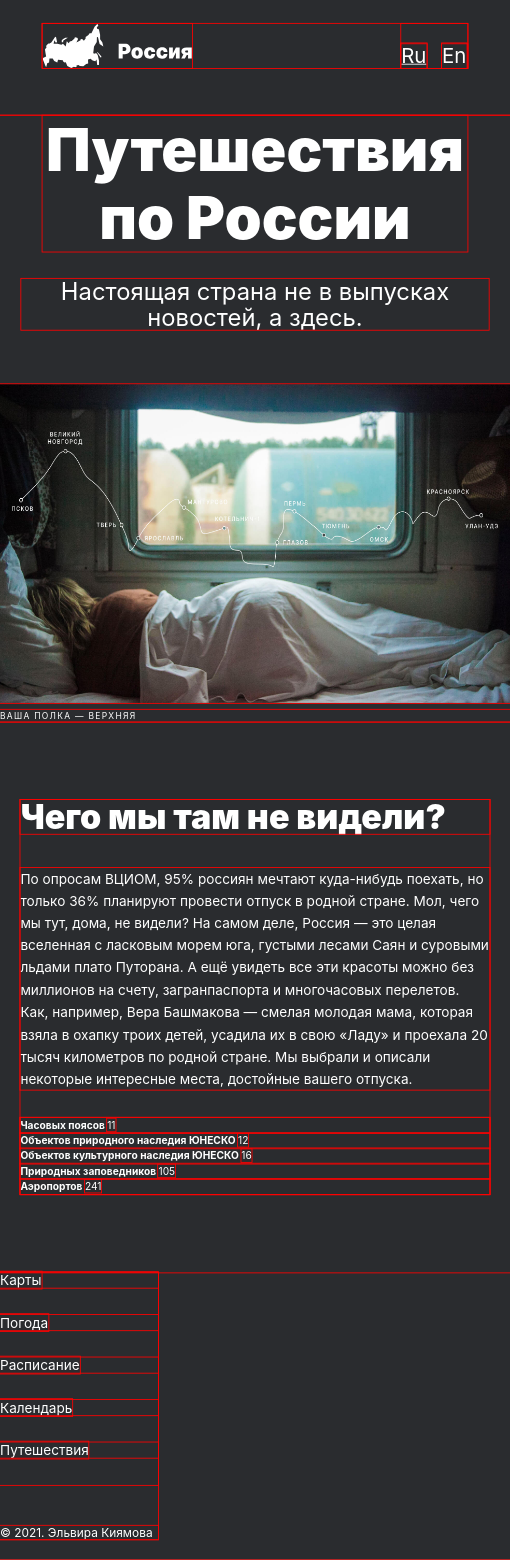
Repository: 89373611988/russia-travel
Page: index.html
These files come from the project's save history. The page is drawn as it stood at one moment and after a run of saves; the edit follows.
The browser window is 600 px wide. The pictures show the whole page, at 85% of full size.
Some web fonts or font styles are not loaded; a fallback is used.

Above is the page before, as saved 2021-12-18 20:03:00.

### index.html
<!DOCTYPE html>
<html lang="ru">
  <head>
    <meta charset="UTF-8" />
    <meta name="viewport" content="width=device-width, initial-scale=1">
    <title>Путешествия по России</title>
    <link rel="stylesheet" href="pages/index.css" />
  </head>
  <body>
    <div class="page">
      <header class="header page__header">
        <img src="./images/header-logo.svg" alt="" class="header__logo">
        <ul class="header__list">
          <li class="header__item">
            <a href="#" target="_blank" class="header__lang-link">Ru</a>
          </li>
          <li class="header__item">
            <a href="#" target="_blank" class="header__lang-link">En</a>
          </li>
        </ul>
      </header>
      <main class="content">
        <section class="lead ">
          <h1 class="lead__title">Путешествия по России</h1>
          <p class="lead__subtitle">Настоящая страна не в выпусках новостей, а здесь.</p>
          <img src="./images/lead-polka.jpg" alt="Отдых в вагоне" class="lead__image">
          <p class="lead__caption">ваша полка — верхняя</p>
        </section>

        <section class="intro page__intro">
          <h2 class="intro__title">Чего мы там не видели?</h2>
          <p class="intro__text">По опросам ВЦИОМ, 95% россиян мечтают куда-нибудь поехать, но только 36% планируют провести отпуск в родной стране. Мол, чего мы тут, дома, не видели? На самом деле, Россия — это целая вселенная с ласковым морем юга, густыми лесами Саян и суровыми льдами плато Путорана. А ещё увидеть все эти красоты можно без миллионов на счету, загранпаспорта и многочасовых перелетов. Как, например, Вера Башмакова — смелая молодая мама, которая взяла в охапку троих детей, усадила их в свою «Ладу» и проехала 20 тысяч километров по родной стране. Мы выбрали и описали некоторые интересные места, достойные вашего отпуска.</p>
          <ul class="intro__list">
            <li class="intro__item">Часовых поясов
              <span class="intro__number">11</span>
            </li>
            <li class="intro__item">Объектов природного наследия ЮНЕСКО
              <span class="intro__number">12</span>
            </li>
            <li class="intro__item">Объектов культурного наследия ЮНЕСКО
              <span class="intro__number">16</span>
            </li>
            <li class="intro__item">Природных заповедников
              <span class="intro__number">105</span>
            </li>
            <li class="intro__item">Аэропортов
              <span class="intro__number">241</span>
            </li>
          </ul>
        </section>
      </main>

      <footer class="footer">
        <ul class="footer__list">
          <li class="footer__item">
            <a href="https://yandex.ru/maps" class="footer__link">Карты</a>
          </li>
          <li class="footer__item">
            <a href="https://yandex.ru/pogoda" class="footer__link">Погода</a>
          </li>
          <li class="footer__item">
            <a href="https://rasp.yandex.ru" class="footer__link">Расписание</a>
          </li>
          <li class="footer__item">
            <a href="https://calendar.yandex.ru" class="footer__link">Календарь</a>
          </li>
          <li class="footer__item">
            <a href="https://travel.yandex.ru" class="footer__link">Путешествия</a>
          </li>
        </ul>
        <p class="footer__copyright">&copy; 2021. Эльвира Киямова</p>
      </footer>

    </div>
  </body>
</html>

### pages/index.css
@import url("../styles/normalize.css");

@import url("../blocks/page/page.css");
@import url("../blocks/page/__header/page__header.css");
@import url("../blocks/page/__intro/page__intro.css");

@import url("../blocks/header/header.css");
@import url("../blocks/header/__logo/header__logo.css");
@import url("../blocks/header/__list/header__list.css");
@import url("../blocks/header/__item/header__item.css");
@import url("../blocks/header/__lang-link/header__lang-link.css");

@import url("../blocks/content/content.css");

@import url("../blocks/lead/lead.css");
@import url("../blocks/lead/__title/lead__title.css");
@import url("../blocks/lead/__subtitle/lead__subtitle.css");
@import url("../blocks/lead/__image/lead__image.css");
@import url("../blocks/lead/__caption/lead__caption.css");

@import url("../blocks/intro/intro.css");
@import url("../blocks/intro/__title/intro__title.css");
@import url("../blocks/intro/__text/intro__text.css");
@import url("../blocks/intro/__list/intro__list.css");
@import url("../blocks/intro/__item/intro__item.css");
@import url("../blocks/intro/__number/intro__number.css");

@import url("../blocks/footer/footer.css");
@import url("../blocks/footer/__list/footer__list.css");
@import url("../blocks/footer/__item/footer__item.css");
@import url("../blocks/footer/__link/footer__link.css");
@import url("../blocks/footer/__copyight/footer__copyight.css");

@import url("../fonts/Inter\ Web");

### blocks/page/page.css
* {
  outline-width: 1px;
  outline-style: solid;
  outline-color: red;
}

.page {
  color: #ffffff;
  background-color: #2a2c2f;
  font-family: "Inter";
  font-style: normal;
  padding: 28px 0 24px;
  -moz-osx-font-smoothing: grayscale;
  -webkit-font-smoothing: antialiased;
  -webkit-text-size-adjust: 100%;
  -ms-text-size-adjust: 100%;
  -moz-text-size-adjust: 100%;
  text-rendering: optimizeLegibility;
  display: flex;
  flex-direction: column;
  align-items: center;
}

### blocks/page/__header/page__header.css
.page__header {
  margin-bottom: 56px;
}

### blocks/page/__intro/page__intro.css
.page__intro {
  margin: 92px 0;
}

### blocks/header/header.css
.header {
  display: flex;
  flex-direction: row;
  justify-content: space-between;
  width: 1184px;
}

@media (max-width: 1200px) {
  .header {
    width: 928px;
  }
}

@media (max-width: 940px) {
  .header {
    width: 720px;
  }
}

@media (max-width: 768px) {
  .header {
    width: 720px;
  }
}

@media (max-width: 730px) {
  .header {
    width: 600px;
  }
}

@media (max-width: 640px) {
  .header {
    width: 500px;
  }
}

@media (max-width: 540px) {
  .header {
    width: 400px;
  }
}

@media (max-width: 440px) {
  .header {
    width: 300px;
  }
}

@media (max-width: 320px) {
  .header {
    width: 288px;
  }
}

### blocks/header/__logo/header__logo.css
.header__logo {
  width: 176px;
  height: 52px;
}

@media (max-width: 500px) {
  .header__logo {
    width: 142px;
    height: 42px;
  }
}

### blocks/header/__list/header__list.css
.header__list {
  display: flex;
  flex-direction: row;
  align-items: flex-end;
  padding: 0;
  margin: 0;
}

### blocks/header/__item/header__item.css
.header__item {
  list-style-type: none;
  width: 30px;
  height: 28px;
}

.header__item:first-child {
  margin-right: 18px;
  text-decoration: underline;
}

### blocks/header/__lang-link/header__lang-link.css
.header__lang-link {
  font-size: 24px;
  line-height: 28px;
  color: #fff;
  text-decoration: none;
}

@media (max-width: 500px) {
  .header__lang-link {
    font-size: 18px;
    line-height: 20px;
  }
}

### blocks/content/content.css


.content {

}

### blocks/lead/lead.css
.lead {
  display: flex;
  flex-direction: column;
}

### blocks/lead/__title/lead__title.css
.lead__title {
  font-weight: 900;
  font-size: 96px;
  line-height: 100px;
  max-width: 720px;
  text-align: center;
  align-self: center;
  margin: 0;
}

@media (max-width: 768px) {
  .lead__title {
    font-size: 70px;
    line-height: 80px;
    max-width: 500px;
  }
}

@media (max-width: 520px) {
  .lead__title {
    font-size: 50px;
    line-height: 70px;
    max-width: 400px;
  }
}

@media (max-width: 440px) {
  .lead__title {
    font-size: 45px;
    line-height: 50px;
    max-width: 330px;
  }
}

@media (max-width: 320px) {
  .lead__title {
    font-size: 40px;
    line-height: 44px;
    max-width: 288px;
  }
}

### blocks/lead/__subtitle/lead__subtitle.css
.lead__subtitle {
  font-size: 30px;
  line-height: 36px;
  align-self: center;
  margin: 32px 0 64px;
  max-width: 640px;
  text-align: center;
}

@media (max-width: 680px) {
  .lead__subtitle {
    font-size: 28px;
    line-height: 30px;
    max-width: 550px;
  }
}

@media (max-width: 575px) {
  .lead__subtitle {
    font-size: 25px;
    line-height: 30px;
    max-width: 400px;
  }
}

@media (max-width: 430px) {
  .lead__subtitle {
    font-size: 18px;
    line-height: 25px;
    max-width: 300px;
  }
}

@media (max-width: 320px) {
  .lead__subtitle {
    font-size: 16px;
    line-height: 20px;
    max-width: 288px;
  }
}

### blocks/lead/__image/lead__image.css
.lead__image {
  max-width: 984px;
  max-height: 615px;
  margin: 0 auto;
}

@media (max-width: 1024px) {
  .lead__image {
    max-width: 100%;
  }
}

### blocks/lead/__caption/lead__caption.css
.lead__caption {
  font-size: 10px;
  line-height: 14px;
  letter-spacing: 1.5px;
  margin: 8px 0 0;
  text-transform: uppercase;
  text-align: left;
}

### blocks/intro/intro.css
.intro {
  max-width: 690px;
}

@media (max-width: 1024px) {
  .intro {
    margin-left: 48px;
  }
}

@media (max-width: 768px) {
  .intro {
    max-width: 720px;
    margin-left: 24px;
    margin-right: 24px;
  }
}

@media (max-width: 320px) {
  .intro {
    max-width: 288px;
    margin-left: 16px;
    margin-right: 16px;
  }
}

### blocks/intro/__title/intro__title.css
.intro__title {
  margin: 0;
  font-weight: 900;
  font-size: 54px;
  line-height: 58px;
}

@media (max-width: 768px) {
  .intro__title {
    font-size: 40px;
    line-height: 40px;
  }
}

@media (max-width: 400px) {
  .intro__title {
    font-size: 32px;
    line-height: 35px;
  }
}

### blocks/intro/__text/intro__text.css
.intro__text {
  font-size: 16px;
  line-height: 163%;
  margin: 40px 0 33px;
}

### blocks/intro/__list/intro__list.css
.intro__list {
  margin: 0;
  padding: 0;
  font-weight: bold;
  font-size: 12px;
  line-height: 18px;
}

### blocks/intro/__item/intro__item.css
.intro__item {
  list-style-type: none;
}

### blocks/intro/__number/intro__number.css
.intro__number {
  font-weight: normal;
}

### blocks/footer/footer.css
.footer {
  width: 1184px;
  display: flex;
  flex-direction: row;
  justify-content: space-between;
}

@media (max-width: 1220px) {
  .footer {
    width: 1000px;
  }
}

@media (max-width: 1024px) {
  .footer {
    width: 928px;
  }
}

@media (max-width: 960px) {
  .footer {
    width: 800px;
  }
}

@media (max-width: 960px) {
  .footer {
    width: 800px;
  }
}

@media (max-width: 840px) {
  .footer {
    width: 750px;
  }
}

@media (max-width: 768px) {
  .footer {
    width: 720px;
  }
}

@media (max-width: 750px) {
  .footer {
    width: 186px;
    flex-direction: column;
    align-self: flex-start;
    marg
  }
}

### blocks/footer/__list/footer__list.css
.footer__list {
  display: flex;
  flex-direction: row;
  padding: 0;
  margin: 0;
  font-size: 16px;
  line-height: 18px;
}

@media (max-width: 750px) {
  .footer__list {
    flex-direction: column;
    margin-bottom: 48px;
  }
}

@media (max-width: 320px) {
  .footer__list {
    font-size: 24px;
    line-height: 24px;
  }
}

### blocks/footer/__item/footer__item.css
.footer__item {
  list-style-type: none;
  margin-right: 18px;
}

@media (max-width: 750px) {
  .footer__item {
    width: 186px;
    margin-bottom: 32px;
  }
}

### blocks/footer/__link/footer__link.css
.footer__link {
  color: #fff;
  text-decoration: none;
}

.footer__link:hover {
  opacity: 0.7;
  cursor: pointer;
  transition: opacity 0.5s ease;
}

### blocks/footer/__copyight/footer__copyight.css
.footer__copyright {
  margin: 0;
  font-size: 14px;
  line-height: 16px;
}

@media (max-width: 320px) {
  .footer__copyright {
    line-height: 14px;
  }
}

Loaded but not shown: styles/normalize.css (library)

After the next 4 saves:
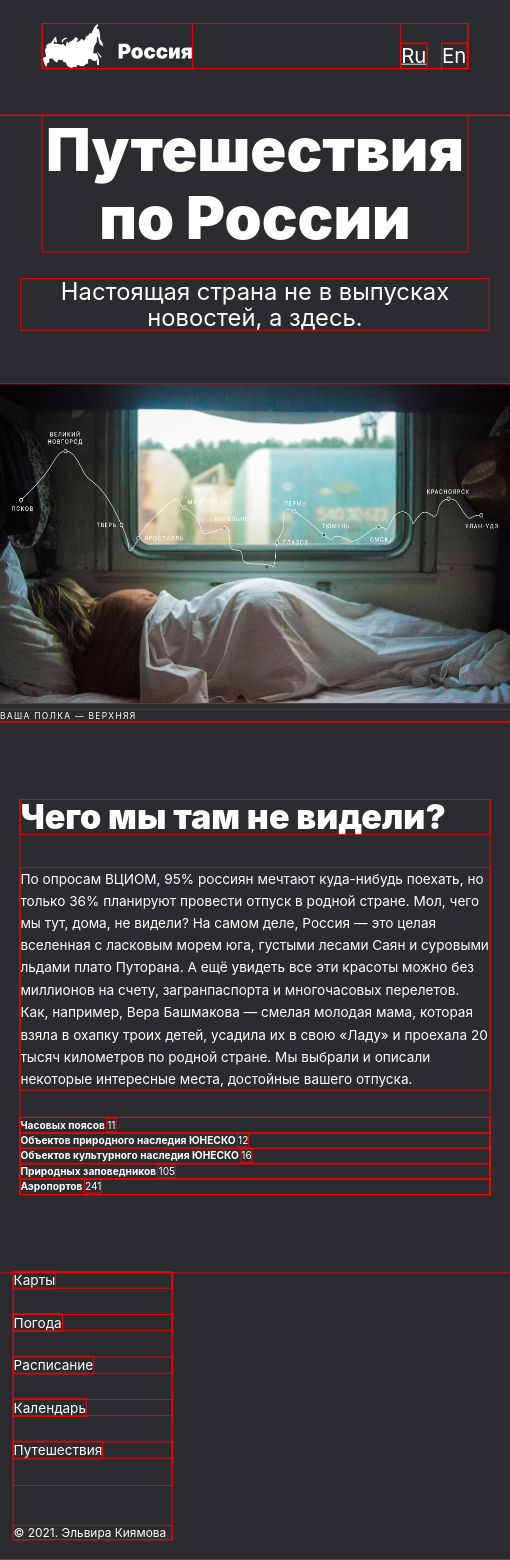
The 4 saves are shown as one change because they came seconds apart.
The last was saved 10 s later.
--- a/blocks/footer/footer.css
+++ b/blocks/footer/footer.css
@@ -46,6 +46,6 @@
     width: 186px;
     flex-direction: column;
     align-self: flex-start;
-    marg
+    margin-left: 16px;
   }
 }
